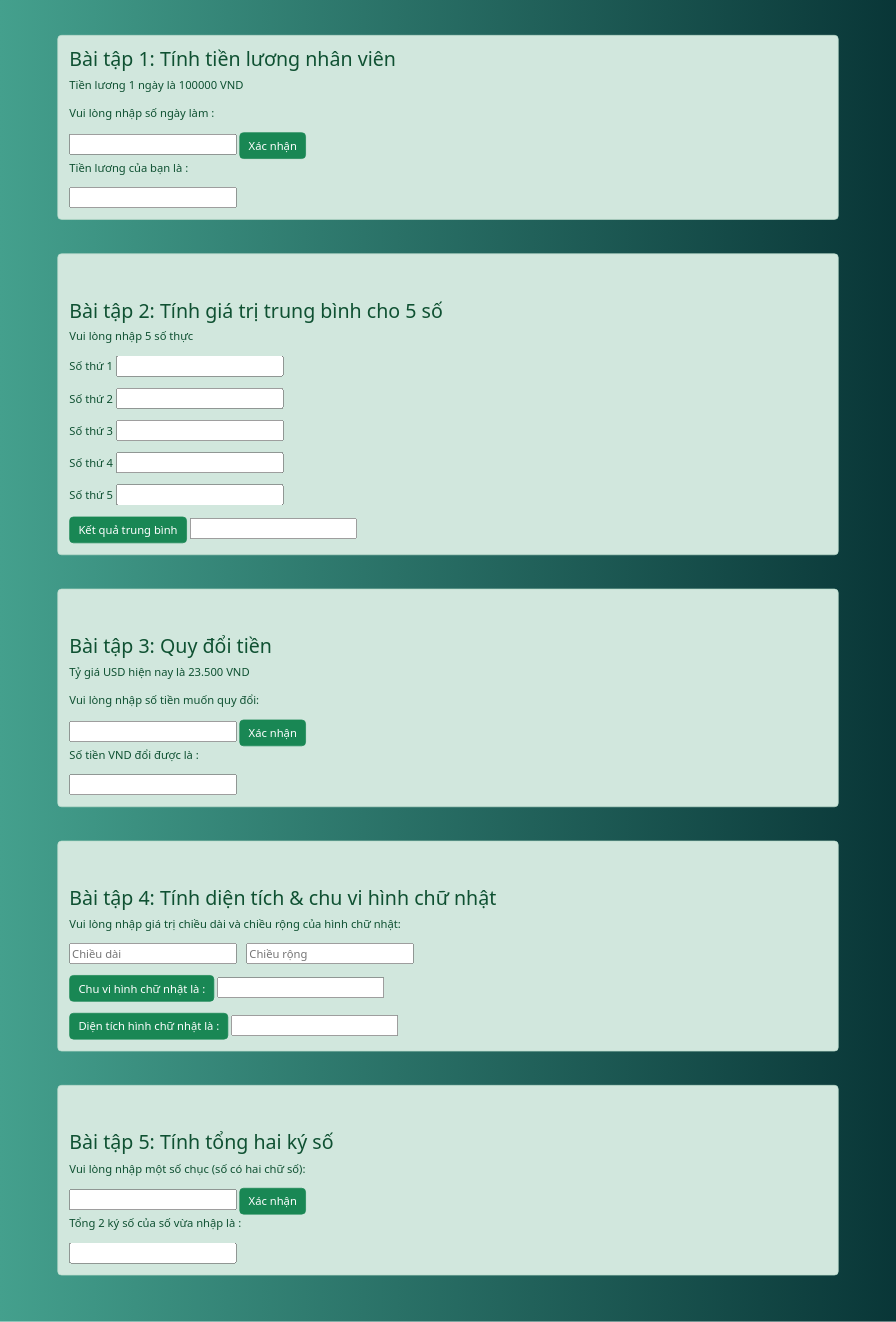
Repository: hcozyph/TranHuuPhuoc_BC43_BT_JS_Buoi2
Page: index.html
These files come from the project's save history. The page is drawn as it stood at one moment and after the next save; the edit follows.
The browser window is 1280 px wide. The pictures show the whole page, at 70% of full size.

Above is the page before, as saved 2023-02-03 20:42:46.

### index.html
<!DOCTYPE html>
<html lang="en">
    <head>
        <title>BT JS - Buoi 1</title>
        <!-- Required meta tags -->
        <meta charset="utf-8" />
        <meta
            name="viewport"
            content="width=device-width, initial-scale=1, shrink-to-fit=no"
        />

        <!-- font-family -->
        <link
            href="//fonts.googleapis.com/css2?family=Pacifico&amp;display=swap"
            rel="stylesheet"
        />
        <link
            href="//fonts.googleapis.com/css2?family=Quicksand:wght@300;400;500;600;700&amp;display=swap"
            rel="stylesheet"
        />

        <!-- Bootstrap CSS v5.2.1 -->
        <link
            href="https://cdn.jsdelivr.net/npm/bootstrap@5.2.1/dist/css/bootstrap.min.css"
            rel="stylesheet"
            integrity="sha384-iYQeCzEYFbKjA/T2uDLTpkwGzCiq6soy8tYaI1GyVh/UjpbCx/TYkiZhlZB6+fzT"
            crossorigin="anonymous"
        />

        <!-- FontAwesome 6.2.0 CSS -->
        <link
            rel="stylesheet"
            href="https://cdnjs.cloudflare.com/ajax/libs/font-awesome/6.2.0/css/all.min.css"
            integrity="sha512-xh6O/CkQoPOWDdYTDqeRdPCVd1SpvCA9XXcUnZS2FmJNp1coAFzvtCN9BmamE+4aHK8yyUHUSCcJHgXloTyT2A=="
            crossorigin="anonymous"
            referrerpolicy="no-referrer"
        />

        <!-- index.css -->
        <link rel="stylesheet" href="./style/index.css" />
    </head>

    <body>
        <div class="btvn">
            <!-- BT1 -->
            <div class="container">
                <!-- BT-1 -->
                <div class="BT1 alert alert-success">
                    <h1 class="fs-3">Bài tập 1: Tính tiền lương nhân viên</h1>
                    <p>Tiền lương 1 ngày là 100000 VND</p>
                    <p>Vui lòng nhập số ngày làm :</p>
                    <input type="number" id="soNgayLam" />
                    <button
                        class="btn btn-success"
                        id="btnXacNhan"
                        onclick="inputSoNgayLam()"
                    >
                        Xác nhận
                    </button>
                    <p>Tiền lương của bạn là :</p>
                    <input type="text" id="result" />
                </div>

                <!-- BT2 -->
                <div class="BT2 alert alert-success mt-5">
                    <h1 class="fs-3 mt-5">
                        Bài tập 2: Tính giá trị trung bình cho 5 số
                    </h1>
                    <p>Vui lòng nhập 5 số thực</p>

                    <p>Số thứ 1 <input type="number" id="n1" /></p>
                    <p>Số thứ 2 <input type="number" id="n2" /></p>
                    <p>Số thứ 3 <input type="number" id="n3" /></p>
                    <p>Số thứ 4 <input type="number" id="n4" /></p>
                    <p>Số thứ 5 <input type="number" id="n5" /></p>

                    <button
                        class="btn btn-success"
                        id="btnAverage"
                        onclick="average()"
                    >
                        Kết quả trung bình
                    </button>
                    <input type="text" id="average" />
                </div>

                <!-- BT3 -->
                <div class="BT3 alert alert-success mt-5">
                    <h1 class="fs-3 mt-5">Bài tập 3: Quy đổi tiền</h1>
                    <p>Tỷ giá USD hiện nay là 23.500 VND</p>
                    <p>Vui lòng nhập số tiền muốn quy đổi:</p>

                    <input type="number" id="inputUsd" />
                    <button
                        class="btn btn-success"
                        id="btnTradeMoney"
                        onclick="tradeMoney ()"
                    >
                        Xác nhận
                    </button>

                    <p>Số tiền VND đổi được là :</p>
                    <input type="text" id="tradeMoney" />
                </div>

                <!-- BT4 -->
                <div class="BT4 alert alert-success mt-5">
                    <h1 class="fs-3 mt-5">
                        Bài tập 4: Tính diện tích & chu vi hình chữ nhật
                    </h1>
                    <p>
                        Vui lòng nhập giá trị chiều dài và chiều rộng của hình
                        chữ nhật:
                    </p>

                    <input type="number" id="length" placeholder="Chiều dài" />
                    <input
                        style="margin-left: 10px"
                        type="number"
                        id="width"
                        placeholder="Chiều rộng"
                    />

                    <div class="chuVi mt-3">
                        <button class="btn btn-success" onclick="chuVi()">
                            Chu vi hình chữ nhật là :
                        </button>
                        <input type="number" id="chuVi" />
                    </div>

                    <div class="dienTich mt-3">
                        <button class="btn btn-success" onclick="dienTich()">
                            Diện tích hình chữ nhật là :
                        </button>
                        <input type="number" id="dienTich" />
                    </div>
                </div>

                <!-- BT5 -->
                <div class="BT5 alert alert-success mt-5">
                    <h1 class="fs-3 mt-5">Bài tập 5: Tính tổng hai ký số</h1>
                    <p>Vui lòng nhập một số chục (số có hai chữ số):</p>
                    <input type="number" id="inputSoChuc" />
                    <button class="btn btn-success" onclick="tong2KySo()">
                        Xác nhận
                    </button>
                    <p>Tổng 2 ký số của số vừa nhập là :</p>
                    <input type="number" id="tong2KySo" />
                </div>
            </div>
        </div>

        <!-- Bootstrap JavaScript Libraries -->
        <script
            src="https://cdn.jsdelivr.net/npm/@popperjs/core@2.11.6/dist/umd/popper.min.js"
            integrity="sha384-oBqDVmMz9ATKxIep9tiCxS/Z9fNfEXiDAYTujMAeBAsjFuCZSmKbSSUnQlmh/jp3"
            crossorigin="anonymous"
        ></script>

        <script
            src="https://cdn.jsdelivr.net/npm/bootstrap@5.2.1/dist/js/bootstrap.min.js"
            integrity="sha384-7VPbUDkoPSGFnVtYi0QogXtr74QeVeeIs99Qfg5YCF+TidwNdjvaKZX19NZ/e6oz"
            crossorigin="anonymous"
        ></script>

        <!-- js customize -->
        <script src="./index.js"></script>
    </body>
</html>

### style/index.css
.btvn {
    background: linear-gradient(to right, rgb(68, 160, 141), rgb(9, 54, 55));
    background-repeat: no-repeat;
    background-size: cover;
    margin: 0 auto;
    padding: 50px;
}

### index.js
//BT1: Tính tiền lương nhân viên
function inputSoNgayLam () {
    //input:
    var soNgayLam = document.getElementById('soNgayLam').value;
    const luongMotNgay = 100000;

    //output:
    var result = 0;

    //progress
    var result = parseInt(soNgayLam) * parseInt(luongMotNgay);

    document.getElementById('result').value = result.toLocaleString() + ' VND';
}

//BT2: Tính trung bình cộng 5 số
function average () {
    //input:
    var n1 = document.getElementById('n1').value;
    var n2 = document.getElementById('n2').value;
    var n3 = document.getElementById('n3').value;
    var n4 = document.getElementById('n4').value;
    var n5 = document.getElementById('n5').value;
    //output:
    var average = 0;
    const soLuongInput = 5;

    //progress
    var sum = parseFloat(n1) + parseFloat(n2) + parseFloat(n3) + parseFloat(n4) + parseFloat(n5);

    var average =  sum / parseFloat(soLuongInput) ;

    document.getElementById('average').value = average;
}

//BT3: Quy đổi tiền
function tradeMoney () {
    //input
    var inputUsd = document.getElementById('inputUsd').value;
    const tyGia = 23500;

    //output
    var tradeMoney = 0;

    //progress
    var tradeMoney = parseInt(inputUsd) * parseInt(tyGia);
    document.getElementById('tradeMoney').value = tradeMoney.toLocaleString() + ' VND';
}

//BT4: Tính chu vi & diện tích hình chữ nhật
function chuVi () {
    // input
    var length = document.getElementById('length').value;
    var width = document.getElementById('width').value;

    //output
    var chuVi = ( parseInt(length) + parseInt(width) ) * 2;

    //progress
    document.getElementById('chuVi').value = chuVi.toLocaleString();
}


function dienTich () {
    // input
    var length = document.getElementById('length').value;
    var width = document.getElementById('width').value;

    //output
    var dienTich = parseInt(length) * parseInt(width) ;

    //progress
    document.getElementById('dienTich').value = dienTich.toLocaleString();
}


//BT5: Tính tổng hai ký số
function tong2KySo () {
    //input
    var inputSoChuc = document.getElementById('inputSoChuc').value;
    var hangChuc = 0;
    var hangDonVi = 0;

    //output
    var tong2KySo = 0;

    //progress
    var hangChuc = Math.floor(Number(inputSoChuc)/10)
    var hangDonVi = Math.floor(Number(inputSoChuc)%10)
    var tong2KySo = parseInt(hangChuc) + parseInt(hangDonVi);

    document.getElementById('tong2KySo').value = tong2KySo;
}
/*
Link vercel:
https://tran-huu-phuoc-bc-43-bt-js-buoi1.vercel.app/
*/

After the next save:
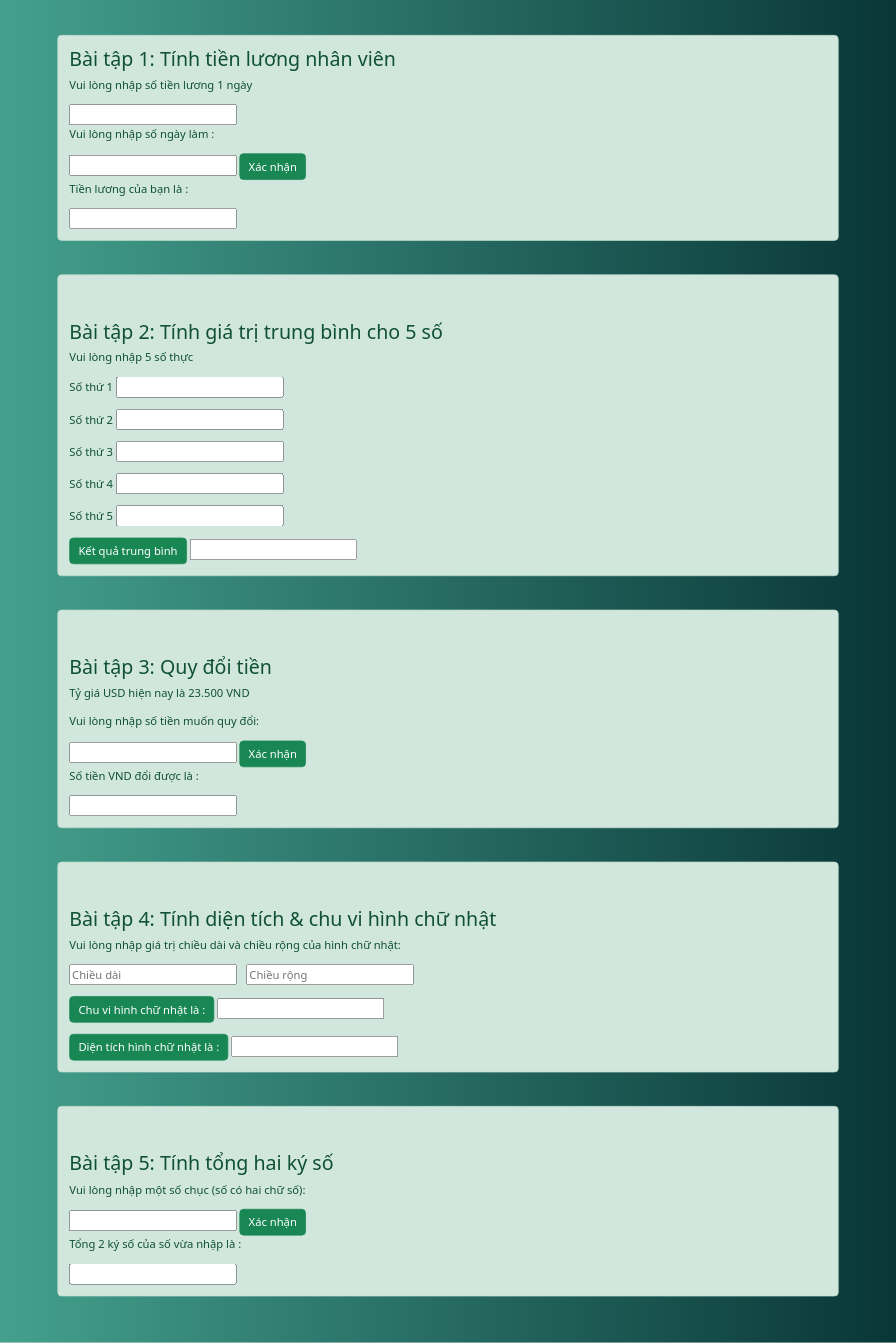
Saved 35 s later.
--- a/index.html
+++ b/index.html
@@ -47,7 +47,13 @@
                 <!-- BT-1 -->
                 <div class="BT1 alert alert-success">
                     <h1 class="fs-3">Bài tập 1: Tính tiền lương nhân viên</h1>
-                    <p>Tiền lương 1 ngày là 100000 VND</p>
+
+                    <div class="col-4">
+                        <p>Vui lòng nhập số tiền lương 1 ngày</p>
+
+                        <input type="text" id="luongMotNgay" />
+                    </div>
+
                     <p>Vui lòng nhập số ngày làm :</p>
                     <input type="number" id="soNgayLam" />
                     <button
